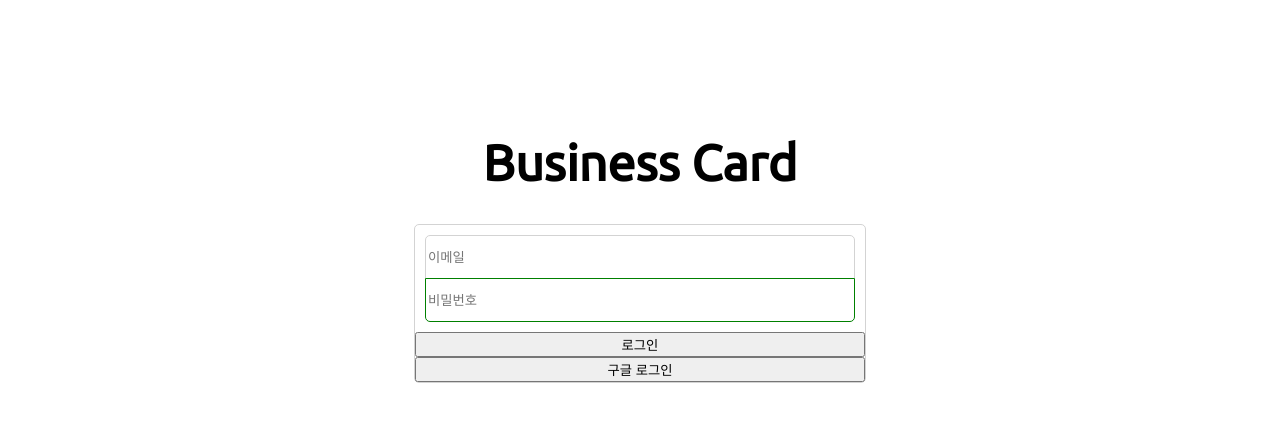
Repository: momo0170/react_businesscard
Page: /login
These files come from the project's save history. The page is drawn as it stood at one moment and after the next save; the edit follows.
The browser window is 1280 px wide. The pictures show the whole page.
The page's requests for data from a server got no answer. The project was rebuilt for these pictures with package versions that can differ from the ones it lists, and the page was loaded fresh each time. No one was signed in, and anything a server would have sent is missing.

Above is the page before, as saved 2022-08-10 20:01:48.

### public/index.html
<!DOCTYPE html>
<html lang="en">
  <head>
    <meta charset="utf-8" />
    <link rel="icon" href="%PUBLIC_URL%/favicon.ico" />
    <meta name="viewport" content="width=device-width, initial-scale=1" />
    <meta name="theme-color" content="#000000" />
    <meta
      name="description"
      content="Web site created using create-react-app"
    />
    <link rel="preconnect" href="https://fonts.googleapis.com" />
    <link rel="preconnect" href="https://fonts.gstatic.com" crossorigin />
    <link
      href="https://fonts.googleapis.com/css2?family=Ubuntu:ital,wght@0,400;1,500&display=swap"
      rel="stylesheet"
    />

    <title>App</title>
  </head>
  <body>
    <noscript>You need to enable JavaScript to run this app.</noscript>
    <div id="root"></div>
  </body>
</html>

### src/index.js
import React from 'react';
import ReactDOM from 'react-dom/client';
import './index.css';
import App from './app.jsx';
import './firebase.js';
import { BrowserRouter } from 'react-router-dom';

const root = ReactDOM.createRoot(document.getElementById('root'));
root.render(
  <BrowserRouter>
    <App />
  </BrowserRouter>
);

### src/index.css
body {
  margin: 0;
  font-family: 'Ubuntu', sans-serif;
  -webkit-font-smoothing: antialiased;
  -moz-osx-font-smoothing: grayscale;
}

code {
  font-family: source-code-pro, Menlo, Monaco, Consolas, 'Courier New',
    monospace;
}

### src/app.jsx
import React, { useState } from 'react';
import { Routes, Route } from 'react-router-dom';
import { auth, app } from './firebase';
import {
  GoogleAuthProvider,
  signInWithPopup,
  createUserWithEmailAndPassword,
  onAuthStateChanged,
  signInWithEmailAndPassword,
  signOut,
} from 'firebase/auth';
import Login from './components/login';

// createUserWithEmailAndPassword : 회원가입
// signInWithEmailAndPassword : 로그인
// signOut : 로그아웃
// sendEmailVerifiacation : 회원가입한 이메일 유호 확인
// updateEmail : 회원가입한 아이디 이메일 변경
// updatePassword : 회원가입한 아이디 패스워드 변경
// sendPasswordResetEmail : 회원가입한 비빌먼호 재설정
// delete : 회원가입한 아이디 삭제
// reauthenticate : 아이디 재인증
// onAuthStateChanged : 사용자의 로그인 상태 변경 감시

function App() {
  const [registerEmail, setRegisterEmail] = useState('');
  const [registerPassword, setRegisterPassword] = useState('');
  const [loginEmail, setLoginEmail] = useState('');
  const [loginPassword, setLoginPassword] = useState('');
  const [googleUserData, setGoogleUserData] = useState(null);
  const [emailUserData, setEmailUserData] = useState(null);

  // 회원가입
  const register = () => {
    createUserWithEmailAndPassword(auth, registerEmail, registerPassword)
      .then((userCredential) => {
        // Signed in
        var registerUser = userCredential.user;
        console.log(registerUser);
      })
      .catch((error) => {
        var errorCode = error.code;
        var errorMessage = error.message;
        console.log(errorCode);
        console.log(errorMessage);
        // ..
      });
  };

  // 이메일 로그인
  const emailLogin = () => {
    signInWithEmailAndPassword(auth, loginEmail, loginPassword)
      .then((userCredential) => {
        const user = userCredential.user;
        setEmailUserData(user);
        console.log(user);
      })
      .catch((error) => {
        const errorCode = error.code;
        const errorMessage = error.message;
        console.log(errorCode);
        console.log(errorMessage);
      });
  };

  // 구글 로그인
  const googleLogin = () => {
    const provider = new GoogleAuthProvider(); // provider를 구글로 설정
    signInWithPopup(auth, provider) // popup을 이용한 signup
      .then((data) => {
        setGoogleUserData(data.user); // user data 설정
        console.log(data); // console로 들어온 데이터 표시
      })
      .catch((err) => {
        console.log(err);
      });
  };

  return (
    <Routes>
      <Route path="/">
        <Route
          path="login"
          element={
            <Login
              googleLogin={googleLogin}
              register={register}
              emailLogin={emailLogin}
              googleUserData={googleUserData}
              setGoogleUserData={setGoogleUserData}
              emailUserData={emailUserData}
              setEmailUserData={setEmailUserData}
              setLoginEmail={setLoginEmail}
              setLoginPassword={setLoginPassword}
            />
          }
        />
      </Route>
      {/* <Route path="/main" element={<Main />} /> */}
    </Routes>
  );
}

export default App;

### src/firebase.js
import { initializeApp } from 'firebase/app';
import { getAuth } from 'firebase/auth';

const firebaseConfig = {
  apiKey: process.env.REACT_APP_API_KEY,
  authDomain: process.env.REACT_APP_AUTH_DOMAIN,
  projectId: process.env.REACT_APP_PROJECT_ID,
  storageBucket: process.env.REACT_APP_STORAGE_BUCKET,
  messagingSenderId: process.env.REACT_APP_MESSAGING_ID,
  appId: process.env.REACT_APP_APP_ID,
};
const app = initializeApp(firebaseConfig);
const auth = getAuth(app);

export { app, auth };

### src/components/login.jsx
import React from 'react';
import styles from '../css/login.module.css';

function Login({
  googleLogin,
  googleUserData,
  register,
  emailLogin,
  setGoogleUserData,
  emailUserData,
  setEmailUserData,
  setLoginEmail,
  setLoginPassword,
}) {
  return (
    <>
      <h1 className={styles.title}>Business Card</h1>
      <div className={styles.container}>
        <div className={styles.input}>
          <input
            placeholder="이메일"
            className={styles.id}
            onChange={(e) => {
              setLoginEmail(e.target.value);
            }}
          />
          <input
            placeholder="비밀번호"
            className={styles.password}
            onChange={(e) => {
              setLoginPassword(e.target.value);
            }}
          />
        </div>
        <div className={styles.login}>
          {/* 구글 로그인 */}

          <button onClick={googleLogin}>로그인</button>

          {/* 이메일 로그인 */}
          <button onClick={emailLogin}>구글 로그인</button>
        </div>
      </div>
    </>
  );
}

export default Login;

### src/css/login.module.css
@value normalBlue from '../common/colors.css';
@value lightGrey from '../common/colors.css';

.title {
  text-align: center;
  padding-top: 100px;
  font-size: 50px;
  color: normalBlue;
}

.container {
  display: flex;
  flex-direction: column;
  width: 450px;
  border: 1px solid lightGrey;
  border-radius: 5px;
  margin: 0 auto;
}

.input {
  display: flex;
  flex-direction: column;
  padding: 10px 10px;
}

.id,
.password {
  height: 40px;
  outline: 0;
}

.id {
  border: 1px solid lightGrey;
  border-top-left-radius: 5px;
  border-top-right-radius: 5px;
}

.password {
  border: 1px solid green;
  border-bottom-left-radius: 5px;
  border-bottom-right-radius: 5px;
  margin-top: -1px;
}

.login {
  display: flex;
  flex-direction: column;
}

After the next save:
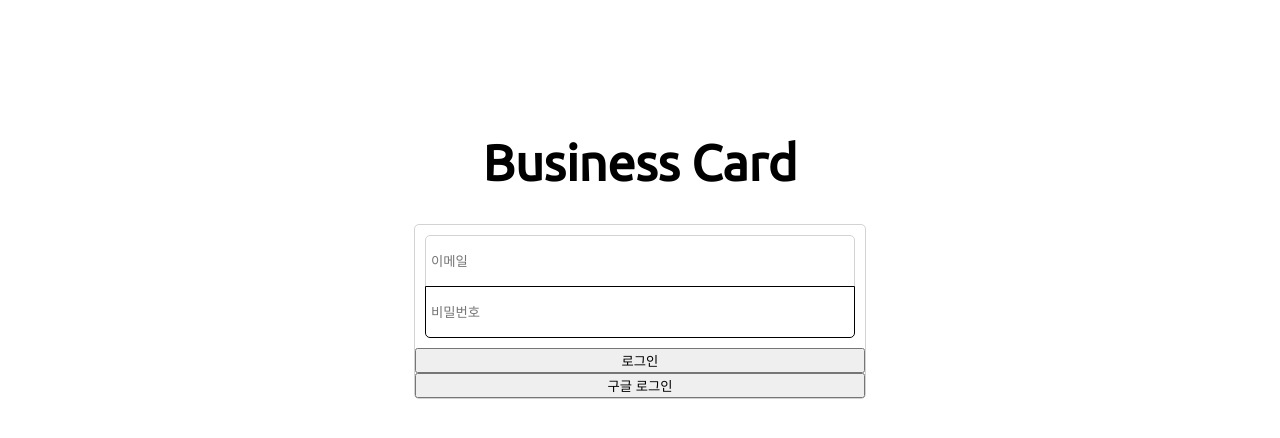
Saved 35 s later.
--- a/src/css/login.module.css
+++ b/src/css/login.module.css
@@ -26,6 +26,7 @@
 .id,
 .password {
   height: 40px;
+  padding: 5px;
   outline: 0;
 }
 
@@ -36,7 +37,7 @@
 }
 
 .password {
-  border: 1px solid green;
+  border: 1px solid;
   border-bottom-left-radius: 5px;
   border-bottom-right-radius: 5px;
   margin-top: -1px;
